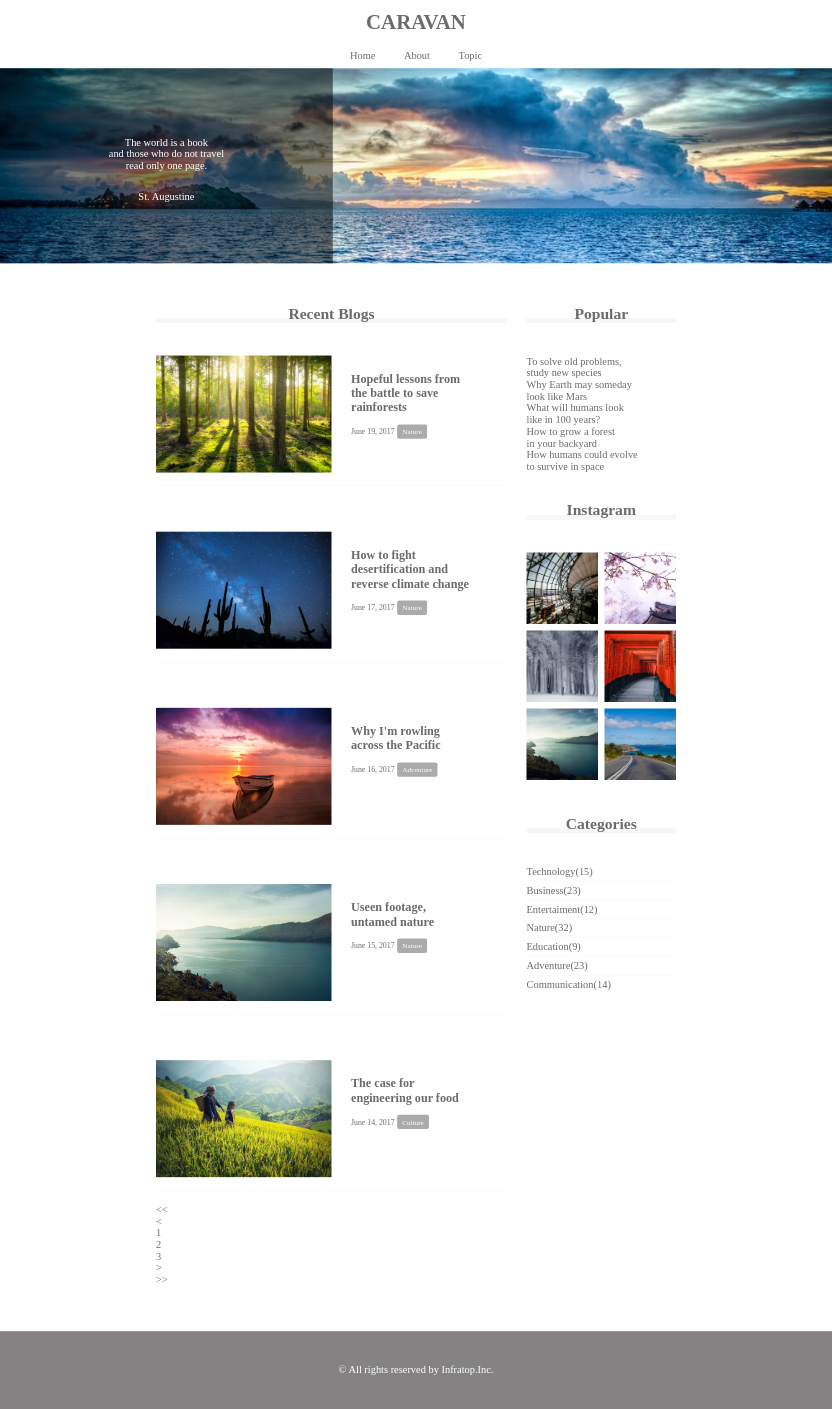
Repository: yukito7878/HTML-CSS-practice
Page: caravan/index8.html
The author's editor kept a record of every edit. The page is drawn from the files as they stood at one moment, then again after the next edit.
The browser window is 1280 px wide. The pictures show the whole page, at 65% of full size.

Above is the page before.

### caravan/index8.html
<!DOCTYPE html>
<html lang="ja">
  <head>
    <meta charset="UTF-8" />
    <!-- CSSファイルの読み込み -->
    <link rel="stylesheet" href="style8.css" />
    <title>CARAVAN</title>
  </head>

  <body>
    <!-- header -->
    <header>
      <h1 class="heading">
        <a href="index.html">
          CARAVAN
        </a>
      </h1>
    </header>

    <!-- navigation -->
    <nav>
      <ul class="nav-list">
        <li class="nav-list-item">
          <a href="index.html">Home</a>
        </li>
        <li class="nav-list-item">About</li>
        <li class="nav-list-item">Topic</li>
      </ul>
    </nav>

    <!-- main-visual用のdiv -->
    <div class="main-visual">
      <div class="main-visual-content">
        <p class="main-visual-text">
          The world is a book<br>
          and those who do not travel<br>
          read only one page.
        </p>
        <p class="main-visual-name">
          St. Augustine
        </p>
      </div>
    </div>

    <main>
      <section class="blog">
        <h2 class="blog-heading">Recent Blogs</h2>
        <div class="blog-box">
          <div class="blog-item">
            <img class="blog-image" src="img/forest.jpg">
            <section class="blog-text">
              <h3 class="blog-text-heading">
                <a href="single.html">
                  Hopeful lessons from<br>
                  the battle to save<br>
                  rainforests
                </a>
              </h3>
              <p class="blog-date">June 19, 2017</p>
              <span class="category">Nature</span>
            </section>
          </div>
        </div>

        <div class="blog-box">
          <div class="blog-item">
            <img class="blog-image" src="img/desert.jpg">
            <section class="blog-text">
              <h3 class="blog-text-heading">
                <a href="single.html">
                  How to fight<br>
                  desertification and <br>
                  reverse climate change
                </a>
              </h3>
              <p class="blog-date">June 17, 2017</p>
              <span class="category">Nature</span>
            </section>
          </div>
        </div>

        <div class="blog-box">
          <div class="blog-item">
            <img class="blog-image" src="img/sunset.jpg">
            <section class="blog-text">
              <h3 class="blog-text-heading">
                <a href="single.html">
                  Why I'm rowling<br>
                  across the Pacific
                </a>
              </h3>
              <p class="blog-date">June 16, 2017</p>
              <span class="category">Adventure</span>
            </section>
          </div>
        </div>

        <div class="blog-box">
          <div class="blog-item">
            <img class="blog-image" src="img/lake.jpg">
            <section class="blog-text">
              <h3 class="blog-text-heading">
                <a href="single.html">
                  Useen footage,<br>
                  untamed nature
                </a>
              </h3>
              <p class="blog-date">June 15, 2017</p>
              <span class="category">Nature</span>
            </section>
          </div>
        </div>

        <div class="blog-box">
          <div class="blog-item">
            <img class="blog-image" src="img/asia.jpg">
            <section class="blog-text">
              <h3 class="blog-text-heading">
                <a href="single.html">
                  The case for <br>
                  engineering our food
                </a>
              </h3>
              <p class="blog-date">June 14, 2017</p>
              <span class="category">Culture</span>
            </section>
          </div>
        </div>
        <div class="pagination">
          <p><<</p>
          <p><</p>
          <p>1</p>
          <p>2</p>
          <p>3</p>
          <p>></p>
          <p>>></p>
        </div>
      </section>
      <div class="sidebar">
        <section class="popular">
          <h2 class="popular-heading common-heading">Popular</h2>
          <div class="sidebar-contents">
            <p class="popular=text">To solve old problems,<br>study new species</p>
            <p class="popular=text">Why Earth may someday<br>look like Mars</p>
            <p class="popular=text">What will humans look<br>like in 100 years?</p>
            <p class="popular=text">How to grow a forest<br>in your backyard</p>
            <p class="popular=text">How humans could evolve<br>to survive in space</p>
          </div>
        </section>

        <section class="instagram">
          <h2 class="instagram-heading common-heading">Instagram</h2>
          <div class="sidebar-contents">
            <div class="instagram-box"></div>
            <div class="instagram-box"></div>
            <div class="instagram-box"></div>
            <div class="instagram-box"></div>
            <div class="instagram-box"></div>
            <div class="instagram-box"></div>
          </div>
        </section>

        <section class="categories">
          <h2 class="categories-heading common-heading">Categories</h2>
          <div class="sidebar-contents">
            <p class="categories-text">Technology(15)</p>
            <p class="categories-text">Business(23)</p>
            <p class="categories-text">Entertaiment(12)</p>
            <p class="categories-text">Nature(32)</p>
            <p class="categories-text">Education(9)</p>
            <p class="categories-text">Adventure(23)</p>
            <p class="categories-text">Communication(14)</p>
          </div>
        </section>
      </div>

    </main>

    <!-- footer -->
    <footer>
      <p class="footer-text">© All rights reserved by Infratop.Inc.</p>
    </footer>
  </body>
</html>

### caravan/style8.css
/* ブラウザがそれぞれ持っているCSSをリセットするための記述 */
* {
  margin: 0;
  padding: 0;
  box-sizing: border-box;
  color: #6c6b6b;
}

a {
  text-decoration: none;
}

header {
  width: 90%; /* 横幅90% */
  padding: 15px 0;
  margin: 0 auto;
  text-align: center;
}

header .heading {
  /* headerタグ内のheadingクラスにのみ反映される */
  font-size: 32px;
}

.nav-list {
  text-align: center;
  padding: 10px 0;
  margin: 0 auto;
}

.nav-list-item {
  list-style: none;
  display: inline-block;
  margin: 0 20px;
}

.main-visual {
  width: 100%; /* 横幅いっぱい */
  height: 300px; /* 高さ300px */
  background-image: url(img/mv.jpg);
  background-size: cover; /* 縦横比を維持したまま背景領域を埋め尽くす */
  background-position: center; /* 背景画像を中央に配置 */
}

.main-visual-content {
  width: 40%; /* 横幅40% */
  height: 300px; /* 親の高さに揃える */
  background-color: rgba(0, 0, 0, 0.5); /* 背景色を半透明の黒にする */
  text-align: center; /* 文字を中央揃えにする */
  padding-top: 105px; /* 上側の内側余白で垂直方向の位置を調整 */
}

.main-visual-text {
  color: #fff; /* 文字色を白に変更 */
}

.main-visual-name {
  margin-top: 30px; /* 上側の外側の余白 */
  color: #fff; /* 文字色を白に変更 */
}

main{
  width: 800px;
  display: flex;
  justify-content: center;
  margin: 0 auto;
  padding: 70px 0;
}

.blog {
  width: 540px;
  margin-right: 30px;
}

.blog-heading{
  border-bottom: 8px solid #f7f7f7;
  text-align: center;
  line-height: 0.6;
}

.blog-box{
  padding: 50px 0 0 0 ;
}

.blog-item{
  padding-bottom: 20px;
  margin-bottom: 20px;
  border-bottom: 1px solid #f7f7f7;
  display: flex;
  justify-content: flex-start;
}

.blog-image{
  width: 50%;
  height: 180px;
  object-fit: cover;
}

.blog-text{
  padding: 25px 0 0 30px;
}

.blog-text-heading{
  padding: 0 0 15px 0;
}

.blog-date{
  font-size: 12px;
  display: inline-block;
}
.category{
  display: inline-block;
  padding: 5px 8px;
  background-color: #acabab;
  border-radius: 3px;
  color: #fff;
  font-size: 11px;
}

.sidebar {
  width: 230px;
}

.category{
  display: inline-block;
  padding: 5px 8px;
  background-color: #acabab;
  border-radius: 3px;
  color: #fff;
  font-size: 11px;
}

.sidebar{
  width: 230px;
}

.common-heading{
  border-bottom: 8px solid #f7f7f7;
  text-align: center;
  line-height: 0.6;
}

.sidebar-contents{
  padding: 50px 0;
}

.popular-text, .categories-text{
  padding-bottom: 5px;
  border-bottom: 1px solid #f7f7f7;
  margin-bottom: 5px;
}

.popular-text:last-child, .categories-text:last-child{
  margin:0;
  padding: 0;
  border: none;
}

.instagram .sidebar-contents{
  display: flex;
  flex-wrap: wrap;
}

.instagram-box{
  width: 110px;
  padding-top: 110px;
  background-size: cover;
  background-position: center;
  margin-bottom: 10px;
}

.instagram-box:nth-child(odd){
  margin: 0 10px 10px 0;
}
.instagram-box:nth-child(1){
  background-image: url(img/airport.jpg);
}
.instagram-box:nth-child(2){
  background-image: url(img/japan.jpg);
}
.instagram-box:nth-child(3){
  background-image: url(img/snow.jpg);
}
.instagram-box:nth-child(4){
  background-image: url(img/japan2.jpg);
}
.instagram-box:nth-child(5){
  background-image: url(img/lake.jpg);
}
.instagram-box:nth-child(6){
  background-image: url(img/road.jpg);
}

footer {
  width: 100%;
  height: 120px;
  text-align: center;
  line-height: 120px;
  background-color: #848282;
}

.footer-text {
  color: #fff;
}

After the next edit:
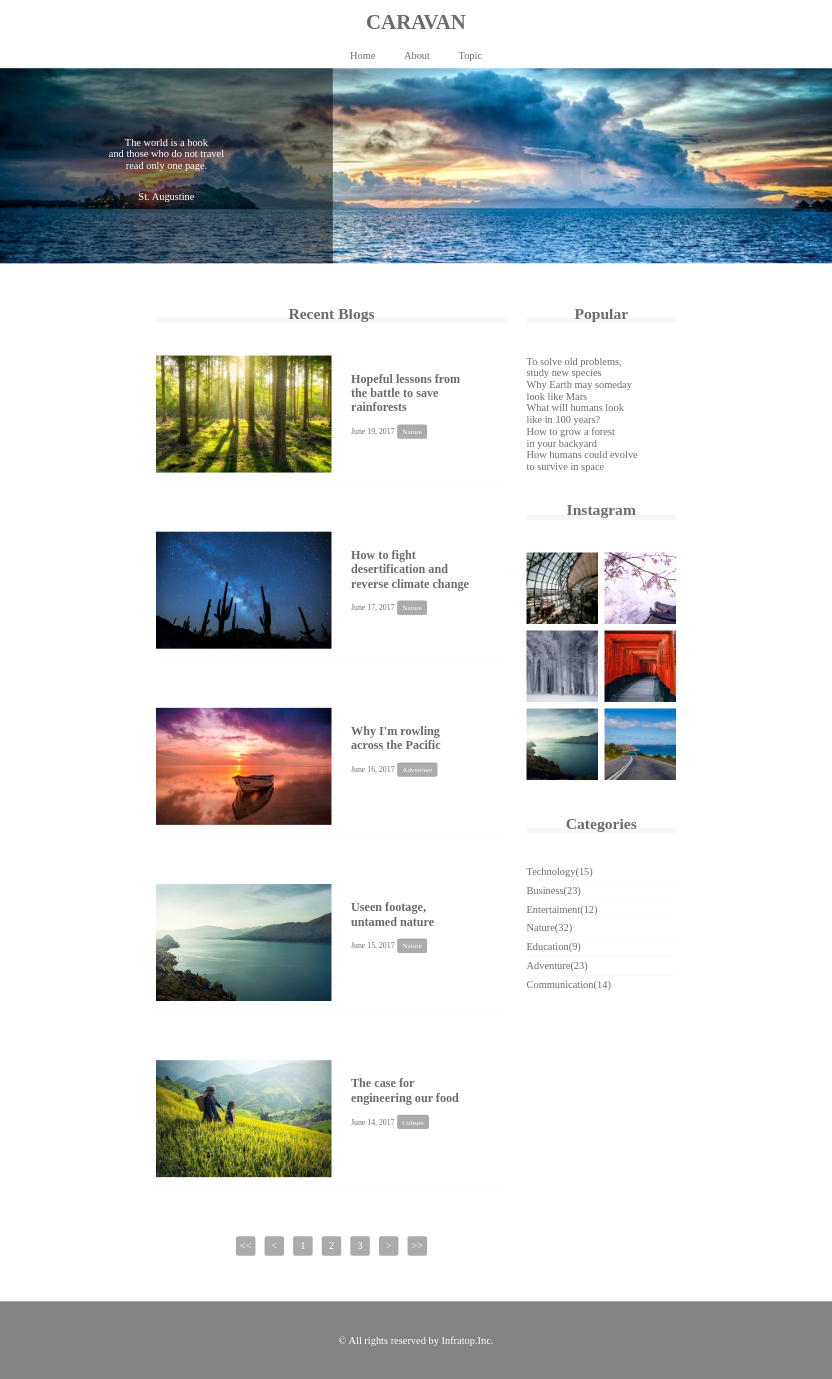
The edit:
--- a/caravan/style8.css
+++ b/caravan/style8.css
@@ -130,6 +130,22 @@
   font-size: 11px;
 }
 
+.pagination{
+  text-align: center;
+  padding-top: 50px;
+}
+
+.pagination p{
+  display: inline-block;
+  width: 30px;
+  height: 30px;
+  margin: 0 5px;
+  color: #fff;
+  background-color: #acabab;
+  border-radius: 3px;
+  line-height: 30px;
+}
+
 .sidebar{
   width: 230px;
 }
